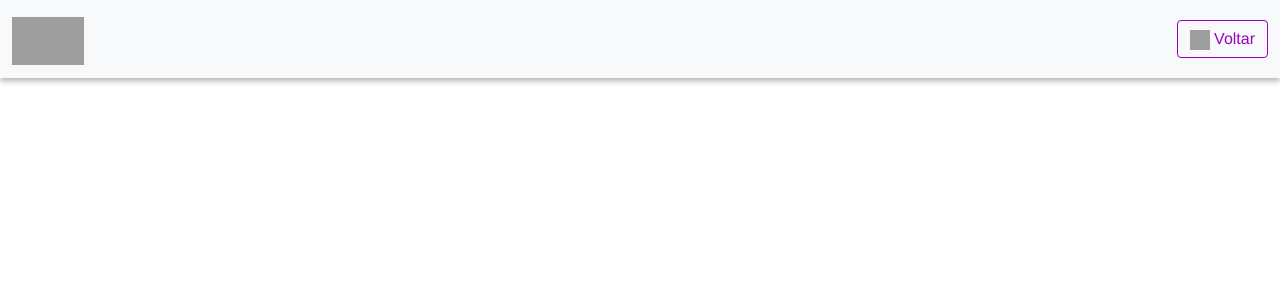
Repository: LuismGil/Countries-list
Page: /
These files come from the project's save history. The page is drawn as it stood at one moment and after the next save; the edit follows.
The browser window is 1280 px wide. The pictures show the whole page.
Pictures or frames that could not be fetched are drawn as grey boxes. The project was rebuilt for these pictures with package versions that can differ from the ones it lists, and the page was loaded fresh each time.

Above is the page before, as saved 2021-05-22 19:30:08.

After the next save:
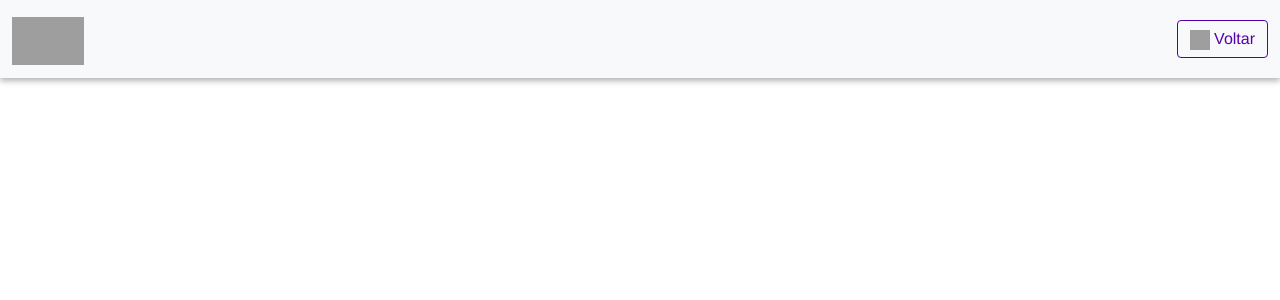
Saved 3 min 23 s later.
--- a/src/components/MvButton.vue
+++ b/src/components/MvButton.vue
@@ -18,13 +18,13 @@ export default {
 
 <style>
 .btn-color {
-  border-color: rgb(155, 0, 186);
-  color: rgb(155, 0, 186);
+  border-color: #5600AB;
+  color: #5600AB;
 }
 
 .btn-color:hover {
   color: #fff;
-  background-color: rgb(155, 0, 186);
+  background-color: #5600AB;
 }
 
 </style>
